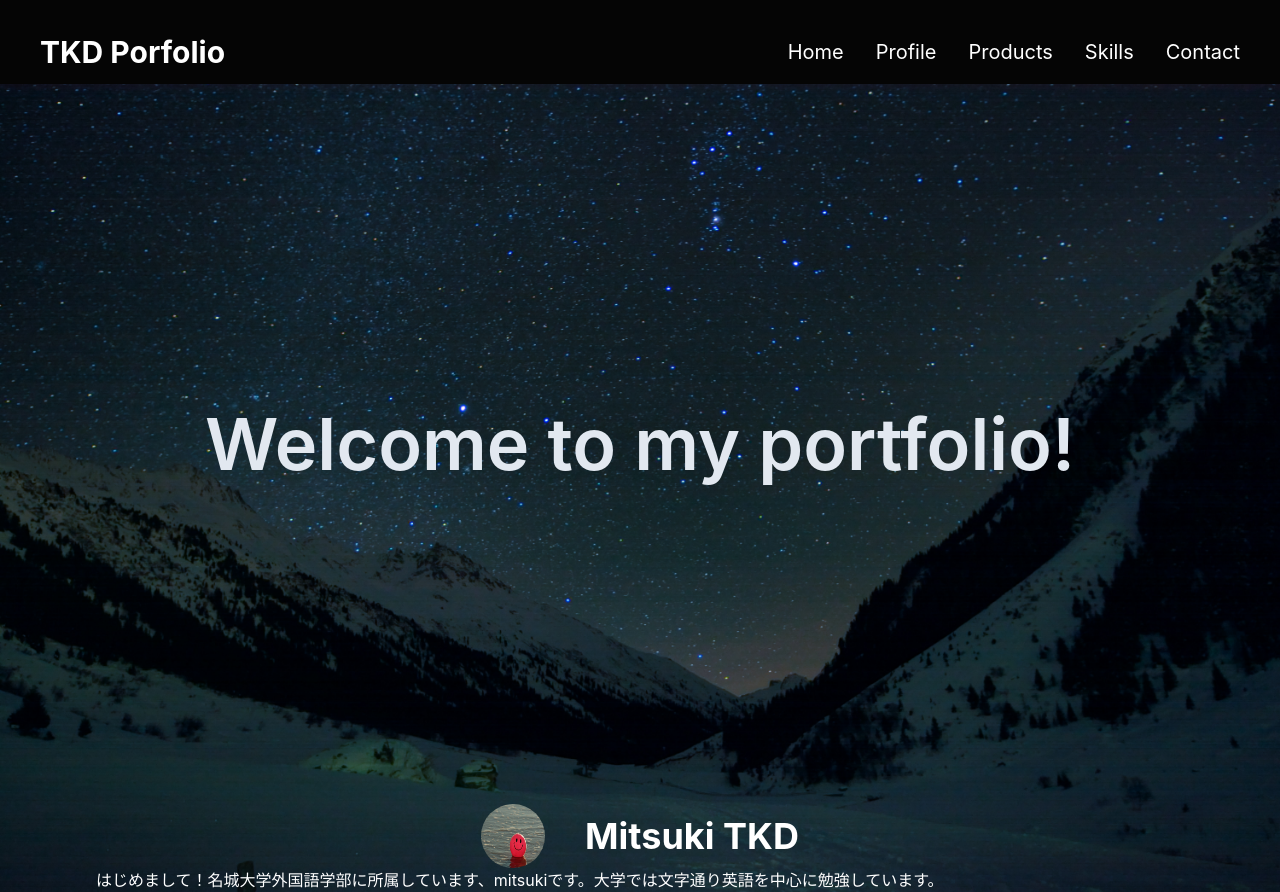
Repository: MitukiTakada/todo-aplication
Page: / (app in design/dev/react-tailwind/react-tailwind/)
An editor plug-in stored every save of this project. The page is shown before and after the next save, followed by the edit.
The browser window is 1280 px wide. The pictures show the whole page.
The project was rebuilt for these pictures with package versions that can differ from the ones it lists, and the page was loaded fresh each time. Also part of the build but not shown: design/dev/react-tailwind/react-tailwind/src/components/Contact.jsx, design/dev/react-tailwind/react-tailwind/src/components/Products.jsx, design/dev/react-tailwind/react-tailwind/src/components/Profile.jsx, design/dev/react-tailwind/react-tailwind/src/components/Skills.jsx.

Above is the page before, as saved 2022-11-19 15:05:52.

After the next save:
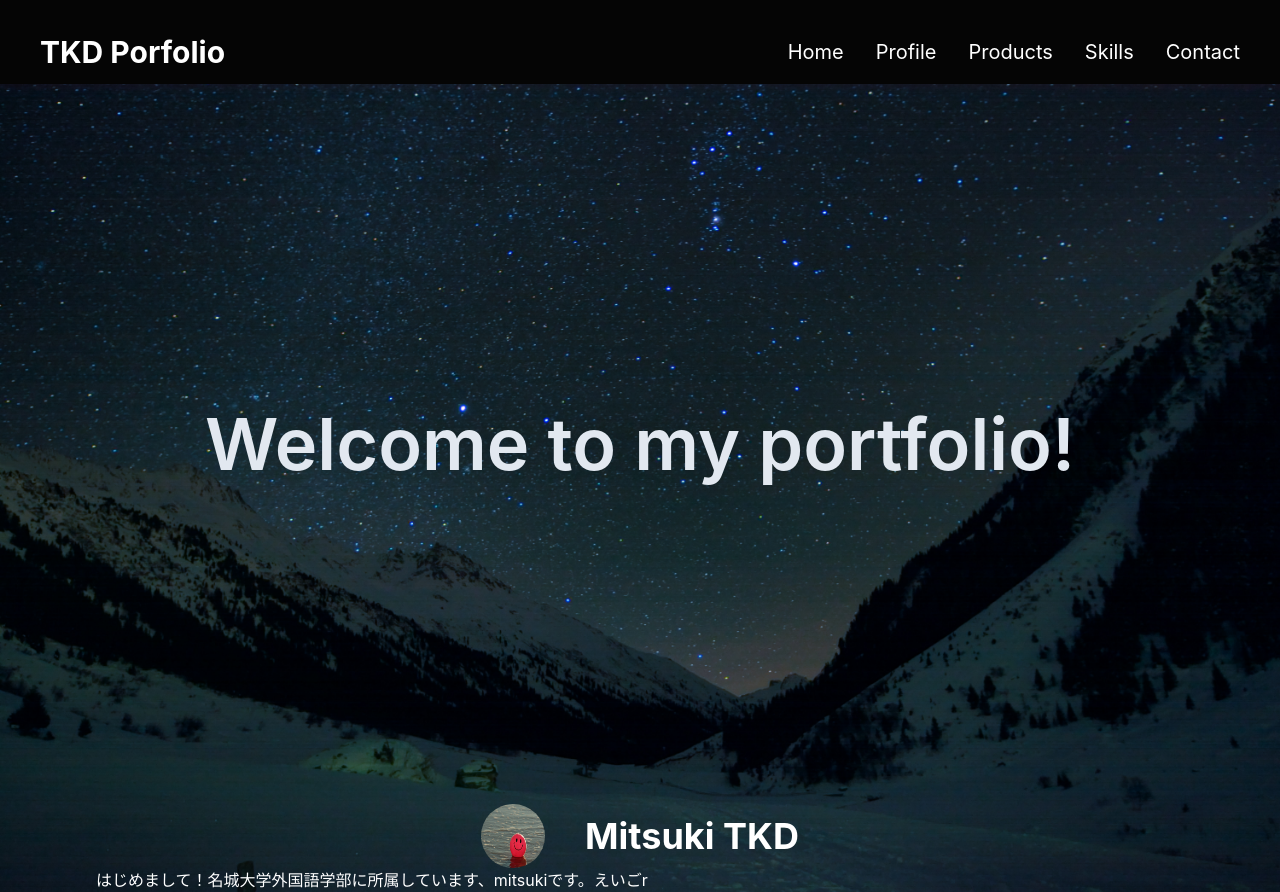
Saved 10 s later.
--- a/design/dev/react-tailwind/react-tailwind/src/components/Home.jsx
+++ b/design/dev/react-tailwind/react-tailwind/src/components/Home.jsx
@@ -16,7 +16,7 @@ const Home = () => {
         </div>
         <div>
           <p>
-            はじめまして！名城大学外国語学部に所属しています、mitsukiです。大学では文字通り英語を中心に勉強しています。
+            はじめまして！名城大学外国語学部に所属しています、mitsukiです。えいごr
           </p>
           <p></p>
           <p></p>
